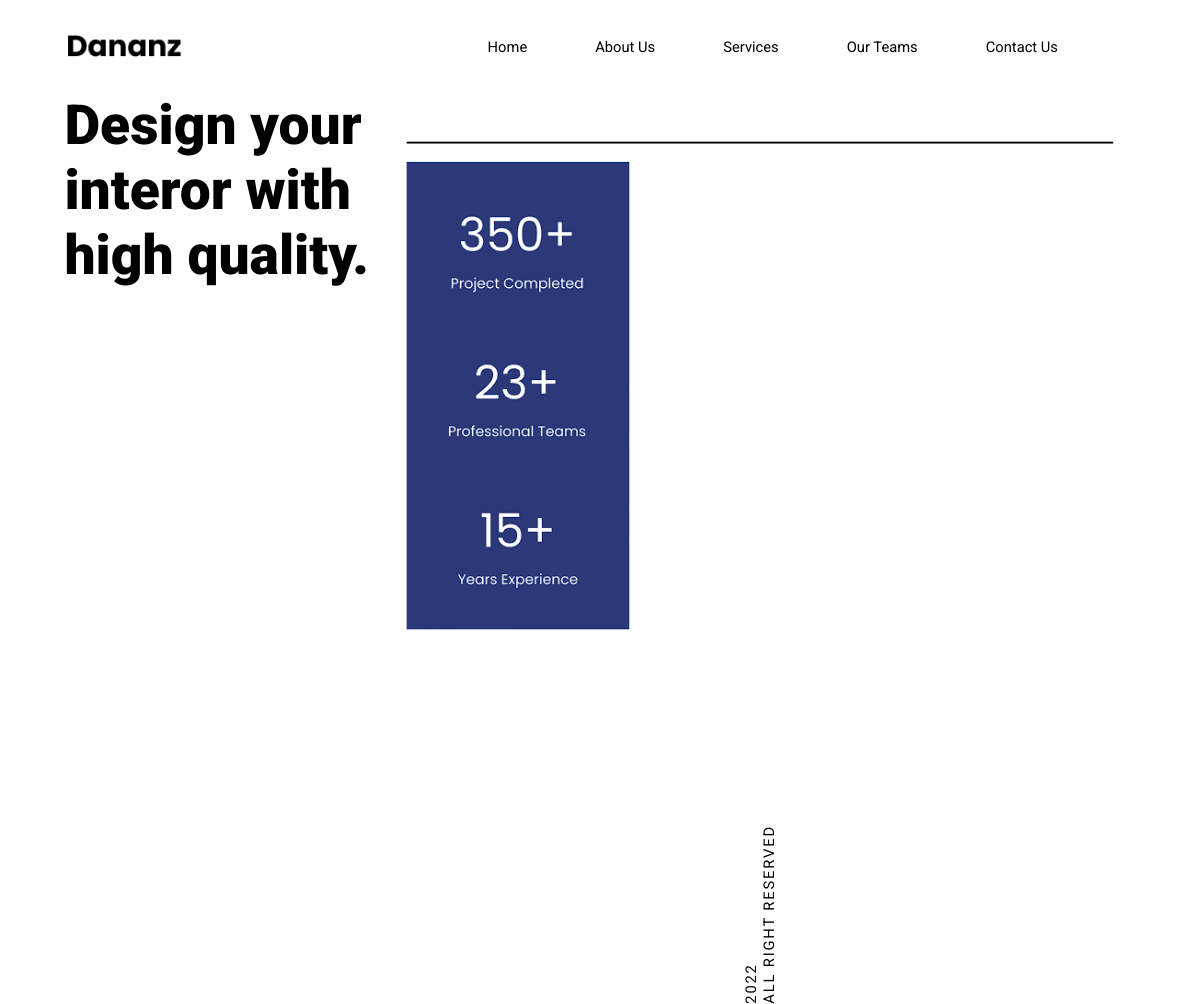
Repository: AsadKasimov/disain
Page: index.html
These files come from the project's save history. The page is drawn as it stood at one moment and after a run of saves; the edit follows.
The browser window is 1280 px wide. The pictures show the whole page, at 92% of full size.

Above is the page before, as saved 2023-04-20 12:47:09.

After the next 6 saves:
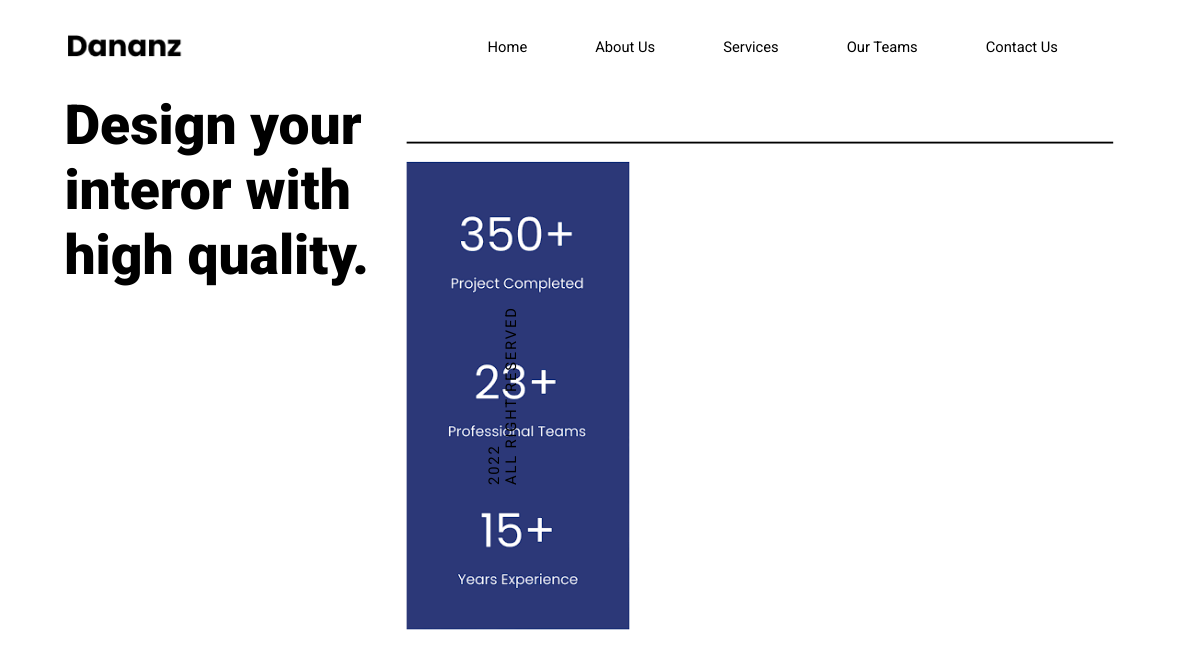
The 6 saves are shown as one change because they came seconds apart.
The last was saved 12 s later.
--- a/style.css
+++ b/style.css
@@ -145,7 +145,10 @@ hr.text-line-l{
   display: none;
 }
 
-.h-pic
+.h-pic{
+  display: flex;
+  flex-direction: row;
+}
 
 .img-t{
   text-transform: uppercase;
